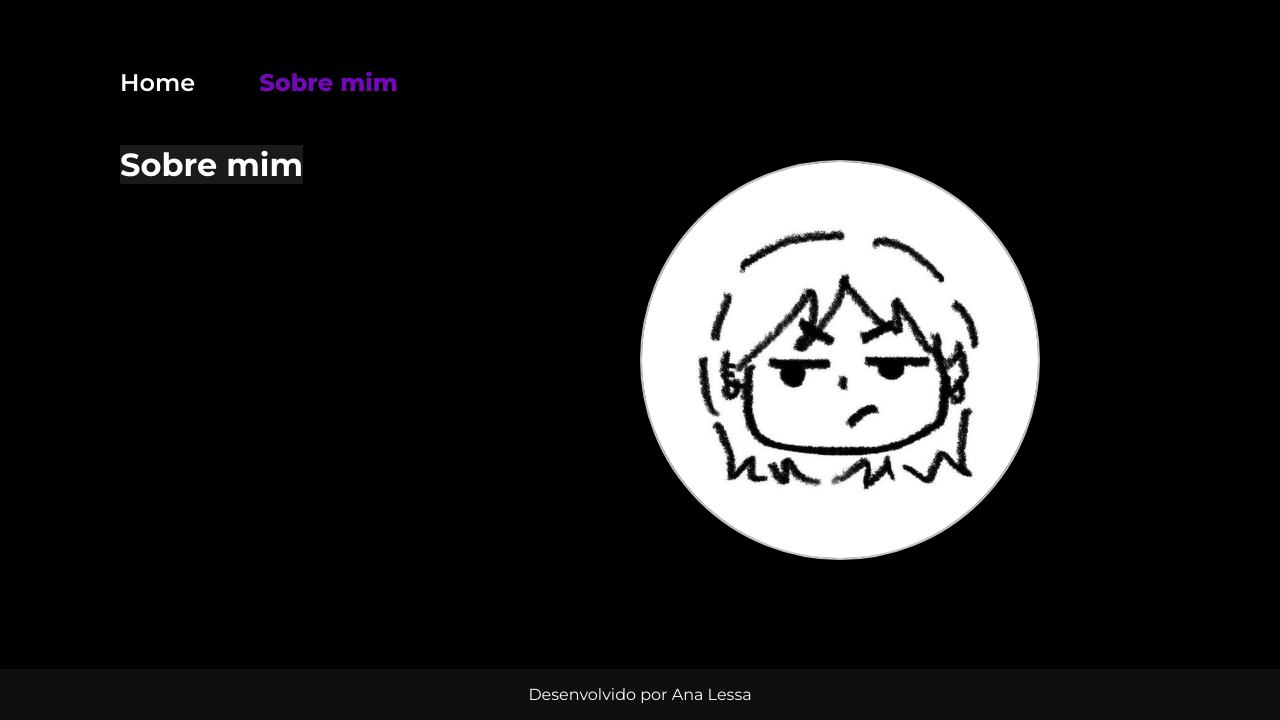
Repository: analessp/portfolio-developer
Page: about-me.html
The author's editor kept a copy of each file at every save. The page is drawn from the files as they stood at one save, then again after a run of saves.
The browser window is 1280 px wide. The pictures show the whole page.

Above is the page before, as saved 2025-04-24 11:55:00.

### about-me.html
<!DOCTYPE html>
<html lang="pt-BR">
<head>
    <meta charset="UTF-8">
    <meta name="viewport" content="width=device-width, initial-scale=1.0">
    <title>Sobre mim</title>
    <link rel="stylesheet" href="/style/style.css"
</head>
<body>
    <header>
        <nav>
            <ul class="navbar-list">
                <li>
                    <a href="index.html" class="page">Home</a>
                </li>
                <li>
                    <a href="about-me.html" class="page active">Sobre mim</a>
                </li>
            </ul>
        </nav>
    </header>
    <main>
        <div class="about-me">
            <h1>Sobre mim</h1>
            <p></p>
        </div>
        <img src="/assets/avatar.jfif" alt="Avatar de Ana Lessa" class="logo">
    </main>
    <footer>Desenvolvido por Ana Lessa</footer>
</body>
</html>

### style/style.css
@import url('https://fonts.googleapis.com/css2?family=Montserrat:ital,wght@0,100..900;1,100..900&display=swap');
@import url(/style/about-me.css);

* {
    margin: 0;
    padding: 0;
    box-sizing: border-box;
    font-family: "Montserrat", sans-serif;
}

html, body {
    height: 100%;
    margin: 0;
}

body {
    height: 100vh;
    width: 100%;
    background-color: black;
    color: white;
    display: flex;
    flex-direction: column;
    justify-content: space-between;
}

.navbar-list {
    padding-left: 120px;
    padding-top: 68px;
    display: flex;
    gap: 4rem;
    list-style-type: none;
    color: #7209b7;
    font-weight: 700;
    font-size: 1.5rem;
    margin-bottom: 3rem;
}

.page {
    text-decoration: none;
    color: white;
    font-weight: 600;
}

.active {
    font-weight: 800;
    color: #7209b7;
}

main {
    padding-left: 120px;
    display: flex;
    gap: 10rem;
    align-items: center;
}

.introduce {
    display: flex;
    flex-direction: column;
    gap: 1.5rem;
    width: 40%;
}

.introduce p {
    text-align: justify;
}

.title {
    text-align: center;
}

.title h1 {
    font-size: 3rem;
}

.title h2 {
    font-size: 1.5rem;
    color: #7209b7;
}

.social-links {
    list-style-type: none;
    display: flex;
    flex-direction: column;
    gap: 1.5rem;
    align-items: center;
}

.social-links li {
    border: 2px solid #c3c3c3;
    background-color: rgba(128, 128, 128, 0.454);
    padding: 1rem 0 1rem 0;
    width: 70%;
    text-align: center;
    border-radius: 12px;

&:hover {
    border: 2px solid rgba(128, 128, 128, 0.454);
    background-color: #7209b7;
    transition-duration: 400ms;
    transform: scale(1.1);
  }
}

.social-links a {
    text-decoration: none;
    color: white;
    font-weight: bold;
}

.logo {
    width: 25rem;
    border-radius: 50%;
    border: 2px solid #c3c3c3;
    height: fit-content;
    position: fixed;
    right: 15rem;
    top: 10rem;
}

footer {
    margin-top: auto;
    padding: 1rem 0 1rem 0;
    background-color: rgb(15, 15, 16);
    display: flex;
    flex-direction: column;
    align-items: center;
    gap: 1rem;
    flex-shrink: 0;
}

footer ul {
    display: flex;
    gap: 2rem;
    list-style: none;
    margin-bottom: 1rem;
}

footer a {
    text-decoration: none;
    color: white;
    font-weight: 600;
}

@media only screen and (max-width: 768px) {

    body {
        justify-content: center;
    }

    .navbar-list {
        justify-content: center;
        padding-left: 0;
        padding-top: 40px;
        margin-bottom: 0;
    }

    main {
        height: 100vh;
        margin-top: 0;
        flex-direction: column-reverse;
        padding-left: 0;
        gap: 1rem;
    }

    .introduce {
        justify-content: flex-end;
        width: 80%;
        margin-bottom: 8rem;
    }

    .logo {
        top: 6.5rem;
        width: 18rem;
    }

}

@media only screen and (max-width: 426px) {
    .logo {
        right: 16%;
    }

    .introduce {
        margin-bottom: 3rem;
    }

    .title h1 {
        font-size: 2.5rem;
        margin-bottom: 0.5rem;
    }
}

### style/about-me.css
.about-me {
    background-color: rgba(255, 255, 255, 0.1);
    display: flex;
    flex-direction: column;

}

After the next 5 saves:
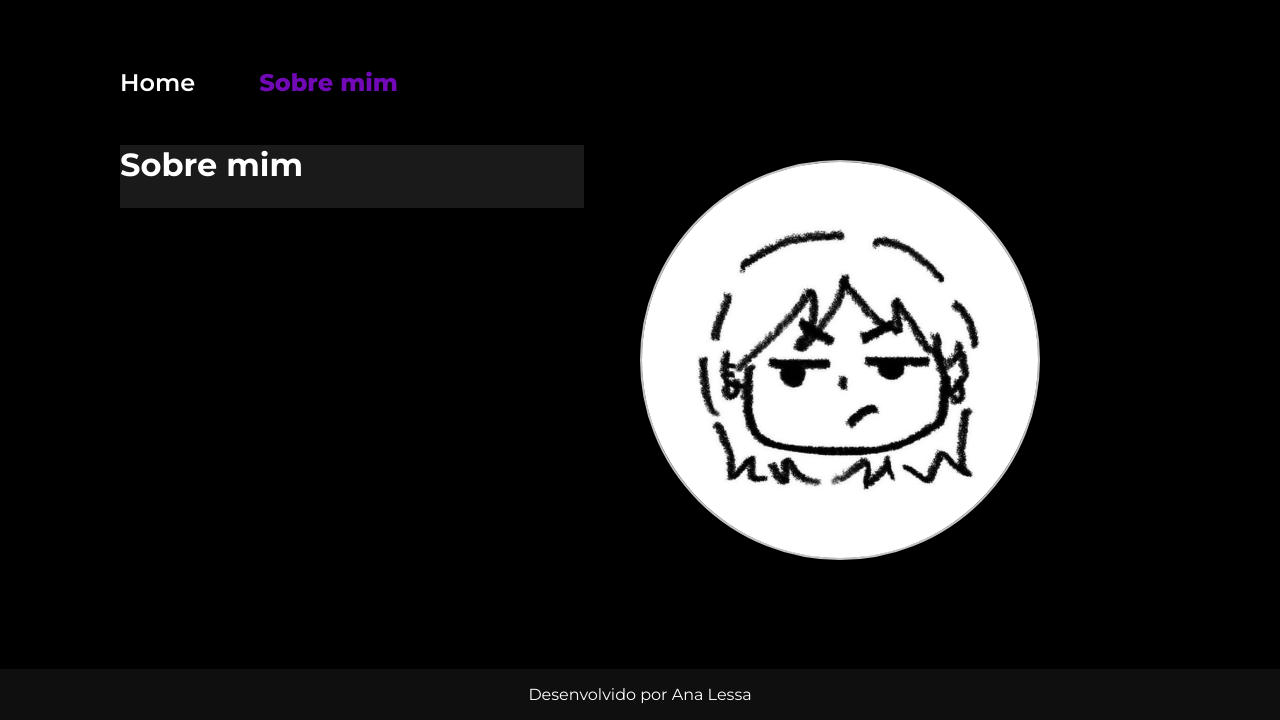
The 5 saves are shown as one change because they came seconds apart.
The last was saved 15 s later.
--- a/style/about-me.css
+++ b/style/about-me.css
@@ -2,5 +2,6 @@
     background-color: rgba(255, 255, 255, 0.1);
     display: flex;
     flex-direction: column;
-
+    gap: 1.5rem;
+    width: 40%;
 }
